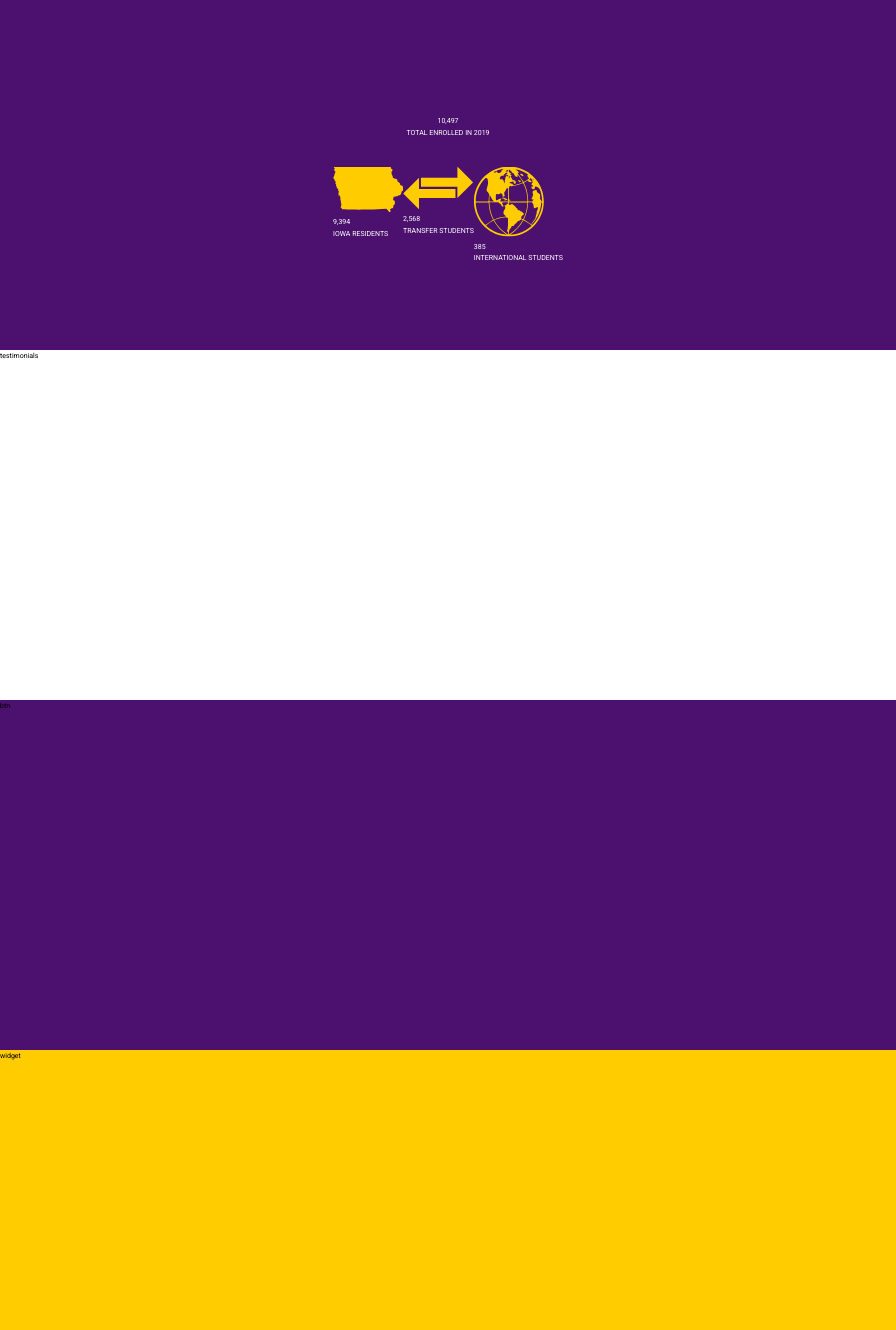
Repository: trietngo/nisg
Page: index.html
The author's editor kept a copy of each file at every save. The page is drawn from the files as they stood at one save, then again after the next save.
The browser window is 1280 px wide. The pictures show the part of the page from y = 720 to 2620 px (the page is 3020 px tall), at 70% of full size.
Some web fonts or font styles are not loaded; a fallback is used. The style sheet was rebuilt from its Sass, Less or Tailwind sources for each picture, by a compiler version that may differ from the author's.

Above is the page before, as saved 2020-08-26 11:34:05.

After the next save:
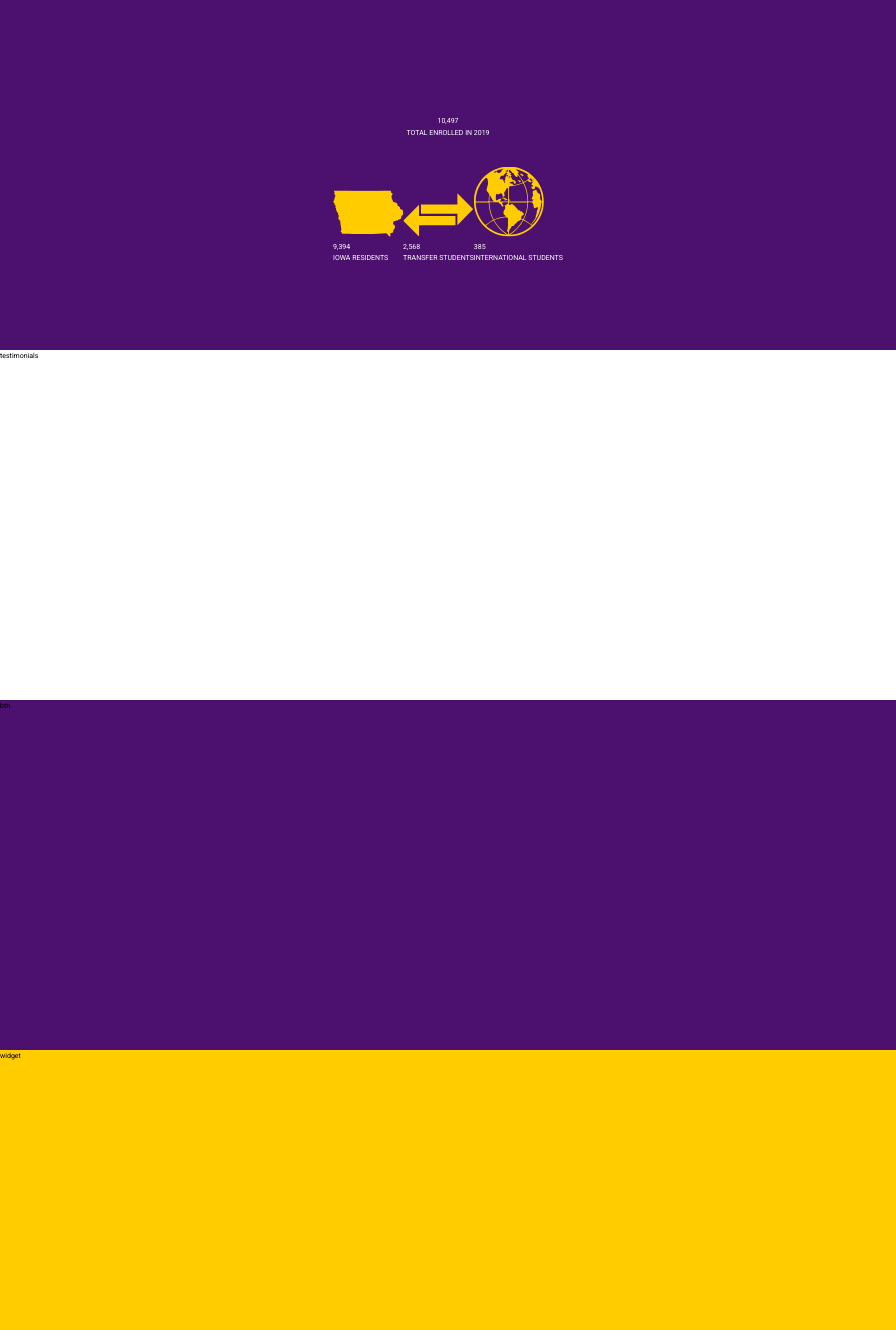
Saved 13 s later.
--- a/sass/layout/_enrollment.scss
+++ b/sass/layout/_enrollment.scss
@@ -16,7 +16,7 @@
     &__breakdown {
         display: flex;
         flex-wrap: wrap;
-        justify-items: flex-end;
+        align-items: flex-end;
     }
 
     &__category {
